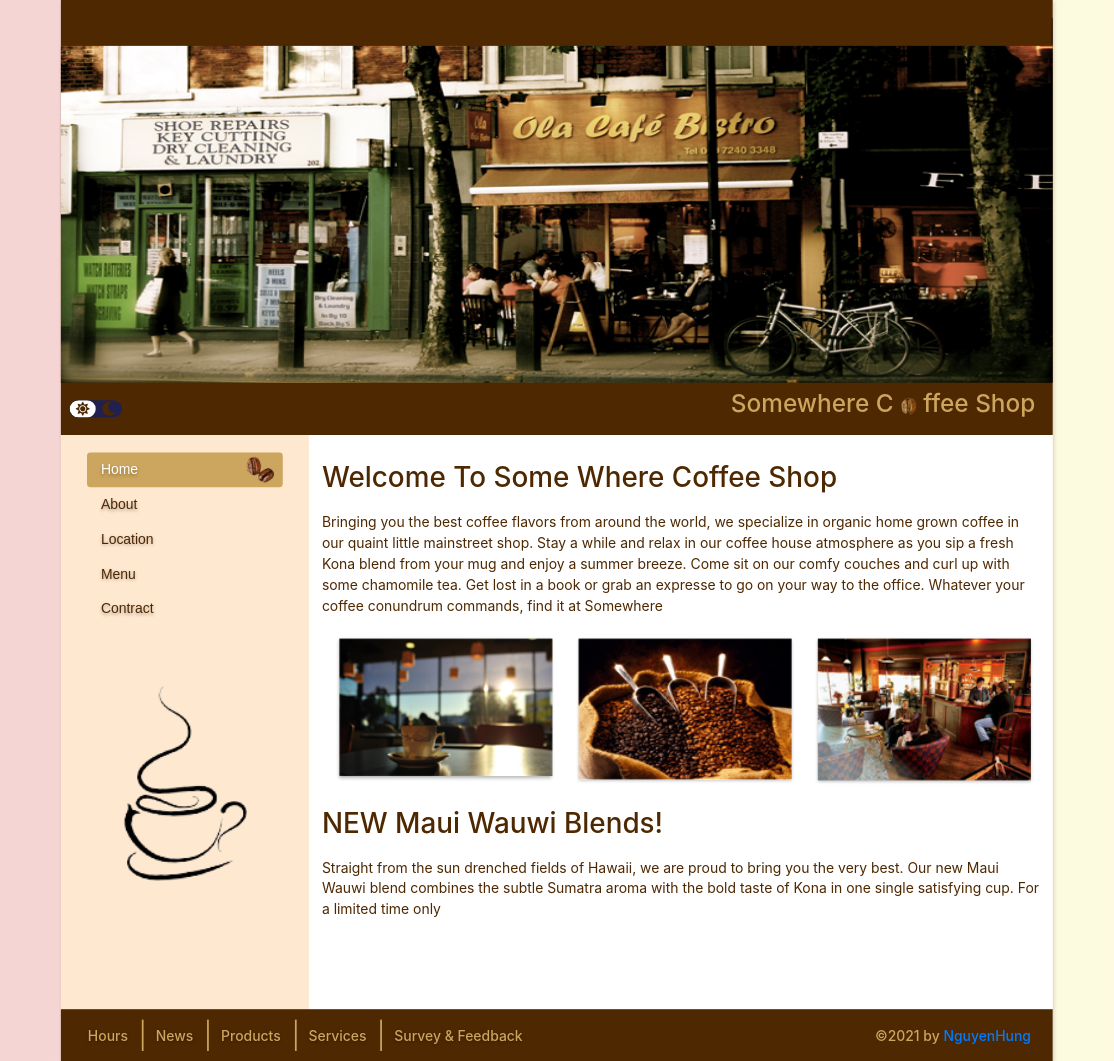
Repository: Hunga9k50doker/SomeWhereCoffeeShop
Page: index.html
An editor plug-in stored every save of this project. The page is shown before and after a run of saves, followed by the edit.
The browser window is 1280 px wide. The pictures show the whole page, at 87% of full size.
Some web libraries are served in a nearby version.

Above is the page before, as saved 2021-12-10 11:01:04.

After the next 2 saves:
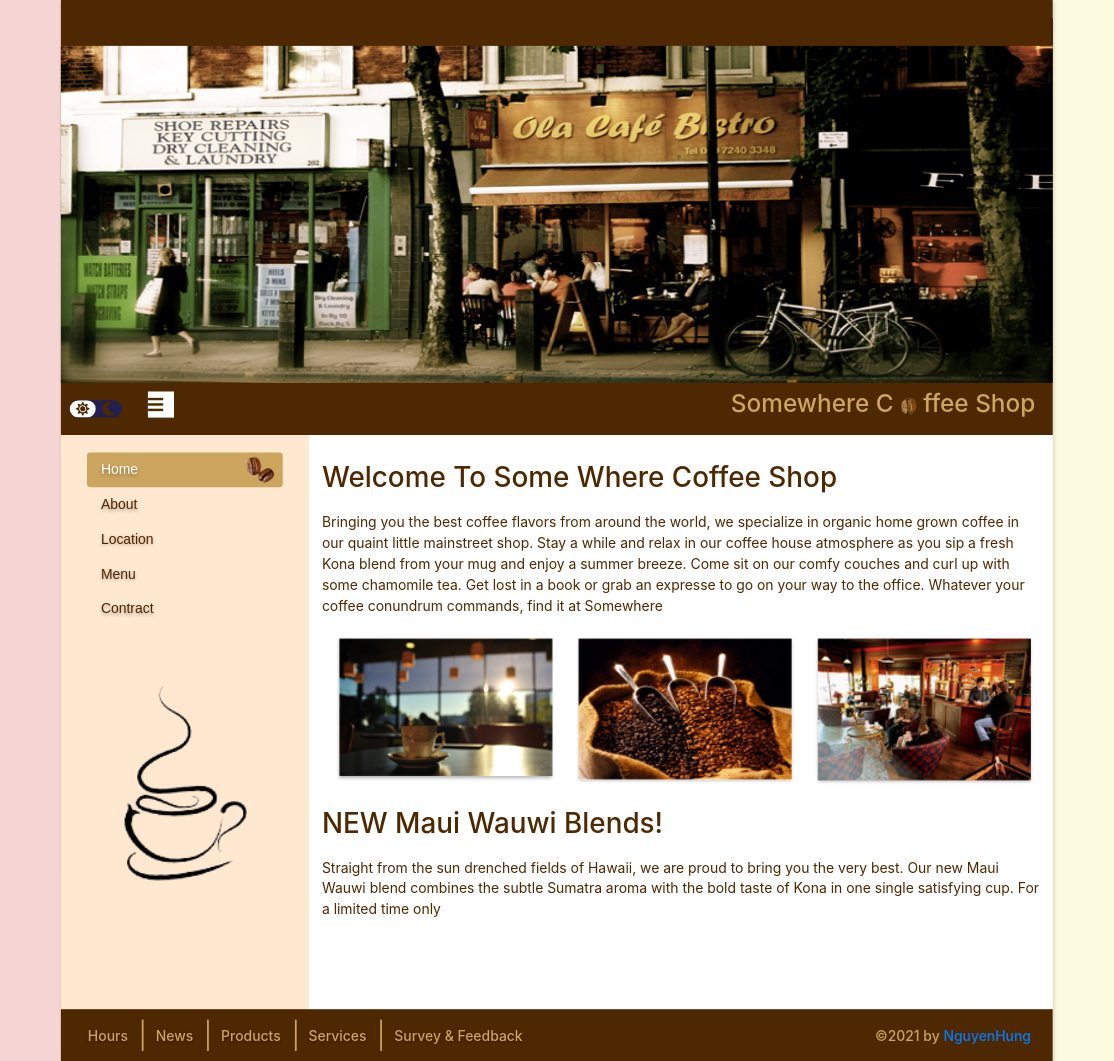
The 2 saves are shown as one change because they came seconds apart.
The last was saved 30 s later.
--- a/css/style.css
+++ b/css/style.css
@@ -131,7 +131,7 @@ input {
    left: 100px;
    width: 30px;
    z-index: 99;
-  color: var(--white-color) !important;
+  background: var(--white-color) !important;
 
 }
 
